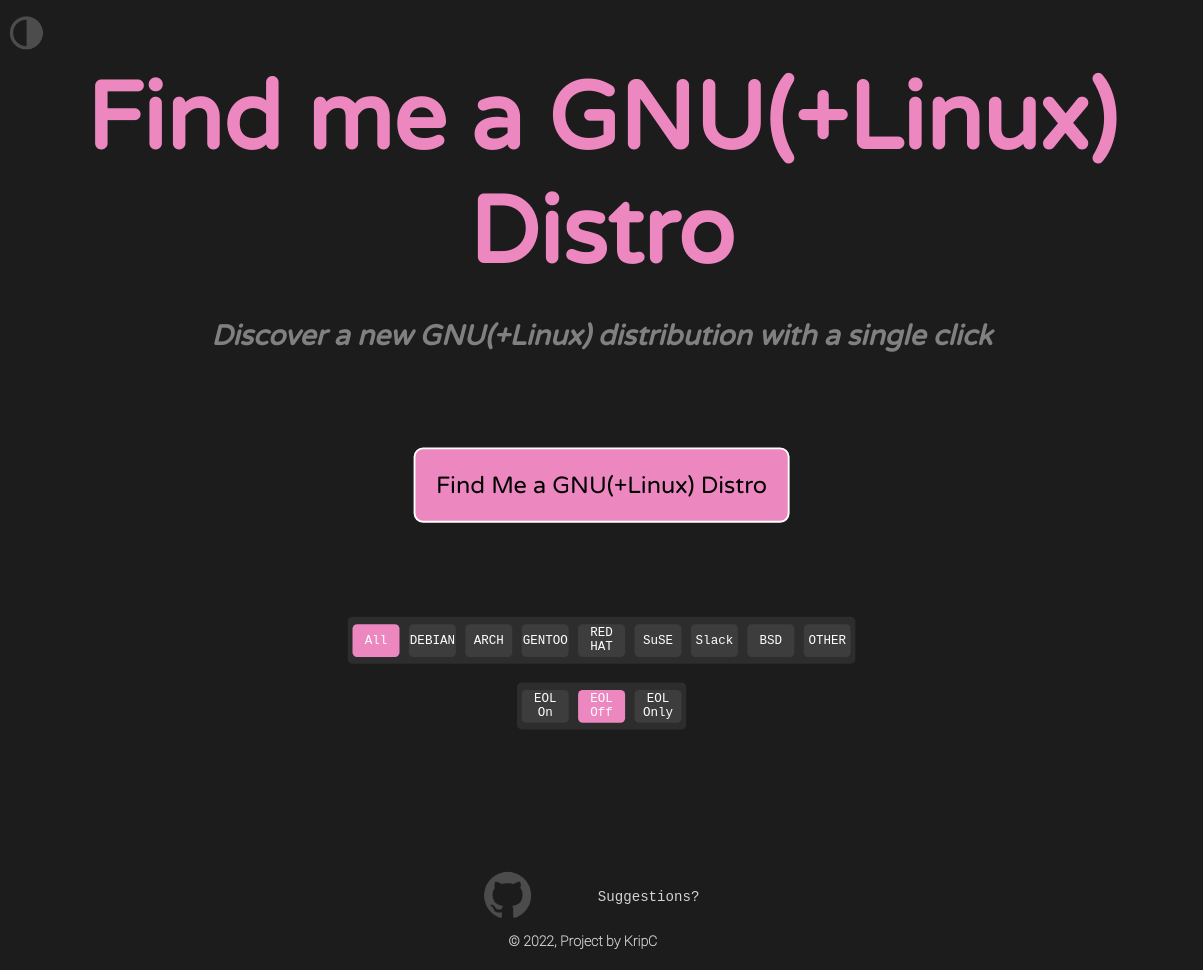
Repository: KripC2160/FindMeALinuxDistro
Page: index.html
These files come from the project's save history. The page is drawn as it stood at one moment and after the next save; the edit follows.
The browser window is 1280 px wide. The pictures show the whole page, at 94% of full size.

Above is the page before, as saved 2022-05-17 23:19:43.

After the next save:
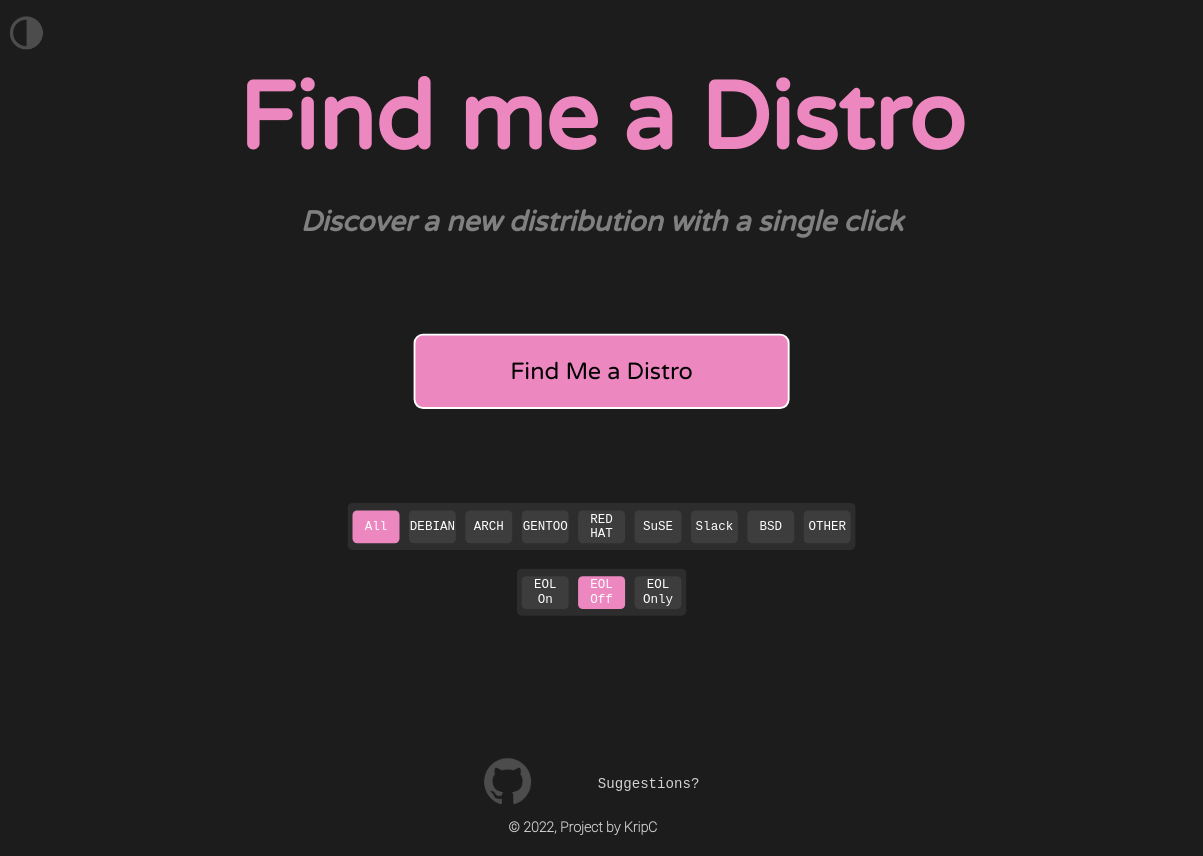
Saved 2 days later.
--- a/index.html
+++ b/index.html
@@ -3,7 +3,7 @@
     <head>
         <meta charset="utf-8">
         <meta name="viewport" content="width=device-width, initial-scale=1.0">
-        <title>Find Me a GNU(+Linux) Distro</title>
+        <title>Find Me a Distro</title>
         <link rel="preconnect" href="https://fonts.gstatic.com">
         <link rel="shortcut icon" type="image/png" href="img/randomdistrofavicon.png">
         <link rel="stylesheet" type="text/css"href="css/style.css" />
@@ -11,15 +11,15 @@
     <body onload="changeButtonColor()">
         <script src="js/script.js"></script>
         <script src="js/handlelink.js"></script>
-        <h1 class="BigTitle" id="BigTitle">Find me a GNU(+Linux) Distro</h1>
-        <h3 class="smallerTitle">Discover a new GNU(+Linux) distribution with a single click</h3>
+        <h1 class="BigTitle" id="BigTitle">Find me a Distro</h1>
+        <h3 class="smallerTitle">Discover a new distribution with a single click</h3>
         <div class="darkmode">
             <button id="dmbutton" onclick="dmchange()">
                 <img src="img/thememode.png" id="dmimg">
             </button>
         </div>
         <div class="content">
-            <button id="random-button" onclick="clicked()">Find Me a GNU(+Linux) Distro</button>
+            <button id="random-button" onclick="clicked()">Find Me a Distro</button>
         </div>
         <div class="FMALDportal">
             <span class="tip">You can choose specific variant of distributions you want to see using this option</span>
